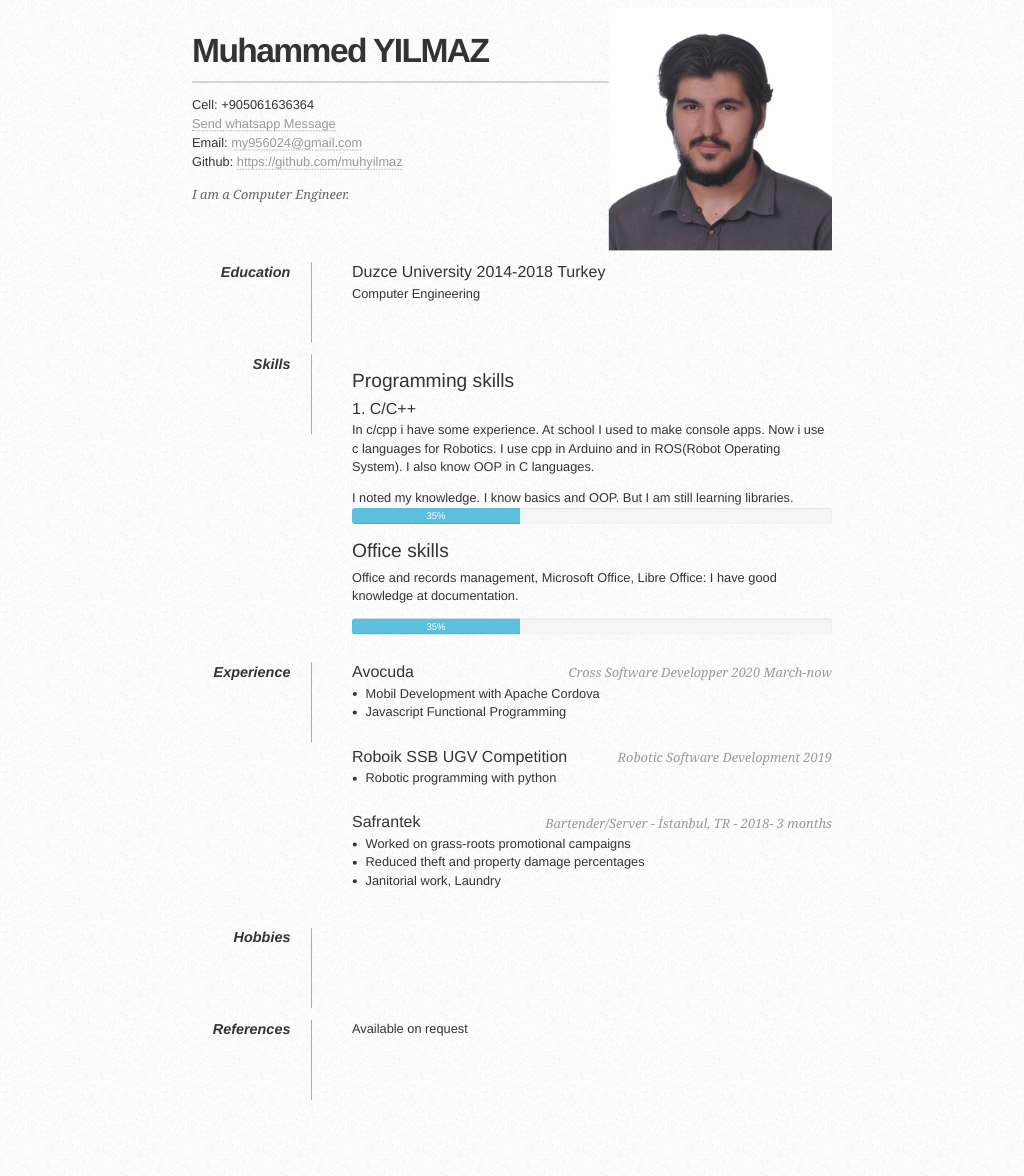
Repository: muhyilmaz/muhyilmaz.github.io
Page: index.html
An editor plug-in stored every save of this project. The page is shown before and after the next save, followed by the edit.
The browser window is 1280 px wide. The pictures show the whole page, at 80% of full size.

Above is the page before, as saved 2020-06-08 18:35:06.

After the next save:
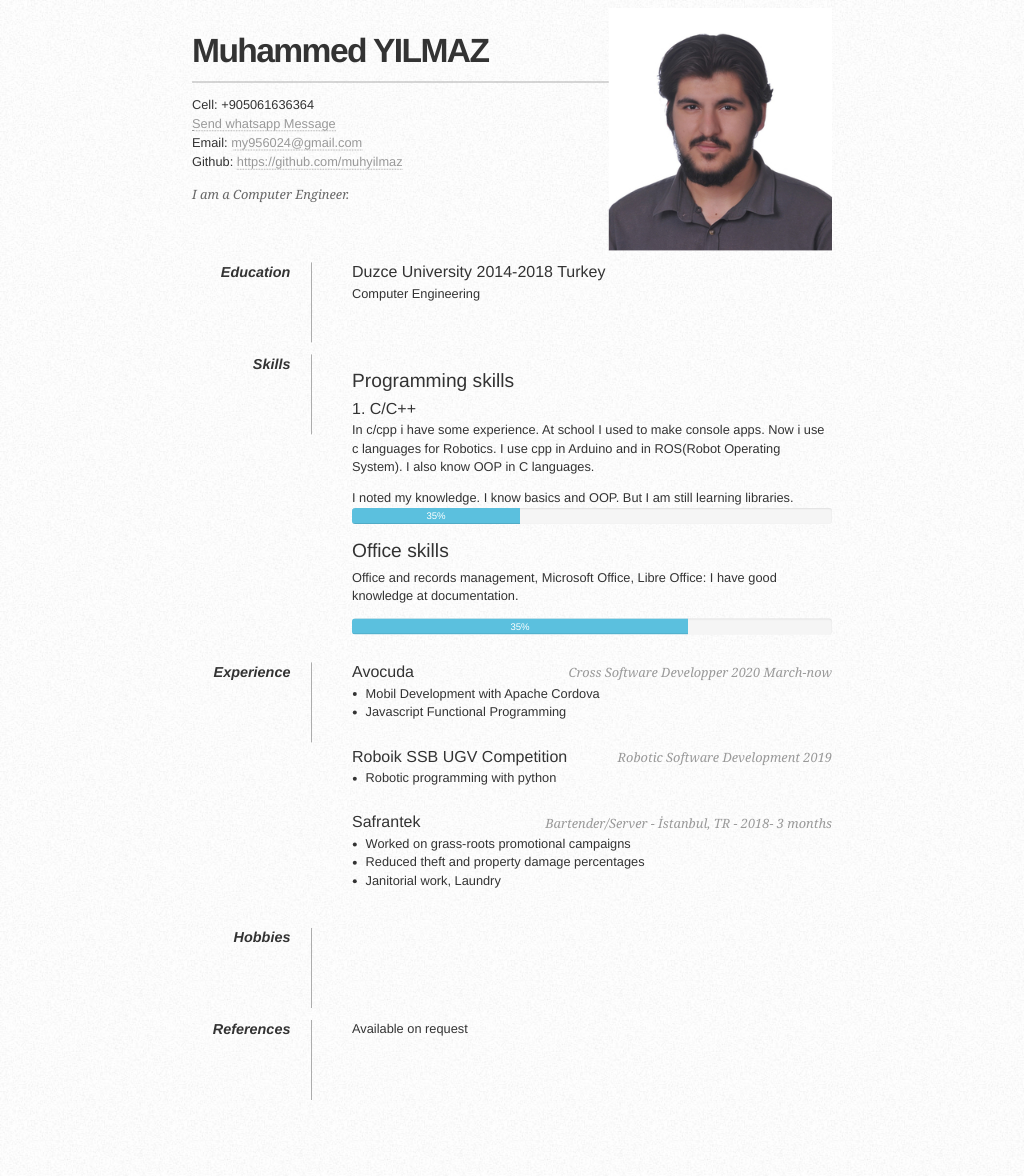
Saved 6 s later.
--- a/index.html
+++ b/index.html
@@ -96,7 +96,7 @@
 				<h3>Office skills</h3>
                 <p>Office and records management, Microsoft Office, Libre Office: I have good knowledge at documentation. </p>
                 <div class="progress">
-                    <div class="progress-bar progress-bar-info" role="progressbar" aria-valuenow="60" aria-valuemin="0" aria-valuemax="100" style="width:35%">
+                    <div class="progress-bar progress-bar-info" role="progressbar" aria-valuenow="60" aria-valuemin="0" aria-valuemax="100" style="width:70%">
                         35%
                     </div>
                   </div>
